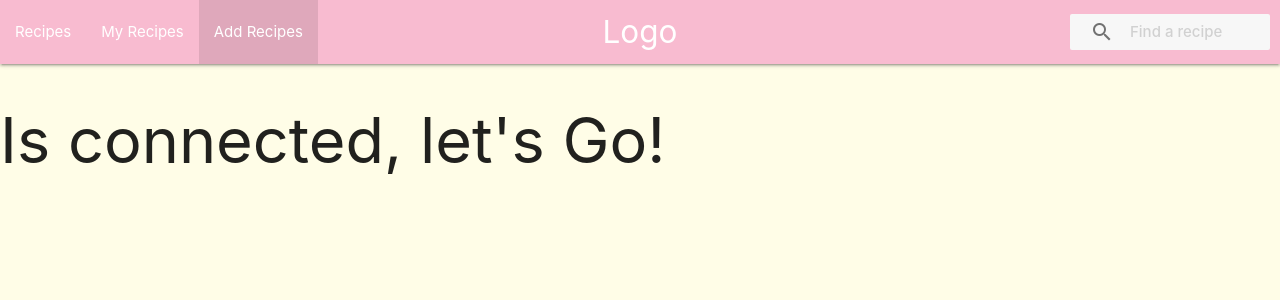
Repository: pazcm/cook-book
Page: http://localhost/
The author's editor kept a record of every edit. The page is drawn from the files as they stood at one moment, then again after the next edit.
The browser window is 1280 px wide. The pictures show the whole page.
Some web libraries are served in a nearby version. The page is served by the project's application, run on Flask 3 (app.py). Queries for data that is not in the repository find no rows.

Above is the page before.

After the next edit:
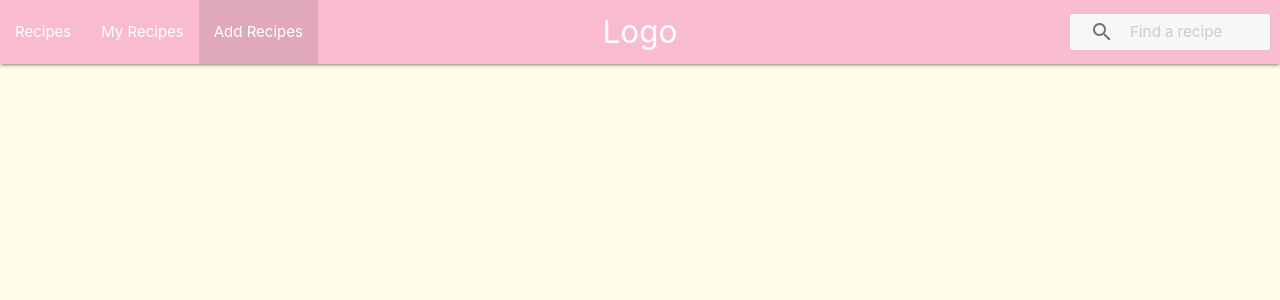
The edit:
--- a/templates/base.html
+++ b/templates/base.html
@@ -57,7 +57,7 @@
             </div>
             <!--end navebar menu-->
         </nav>
-        <h1>Is connected, let's Go!</h1>
+        <!--<h1>Is connected, let's Go!</h1>-->
         {% block content %}
         {% endblock %}
 
